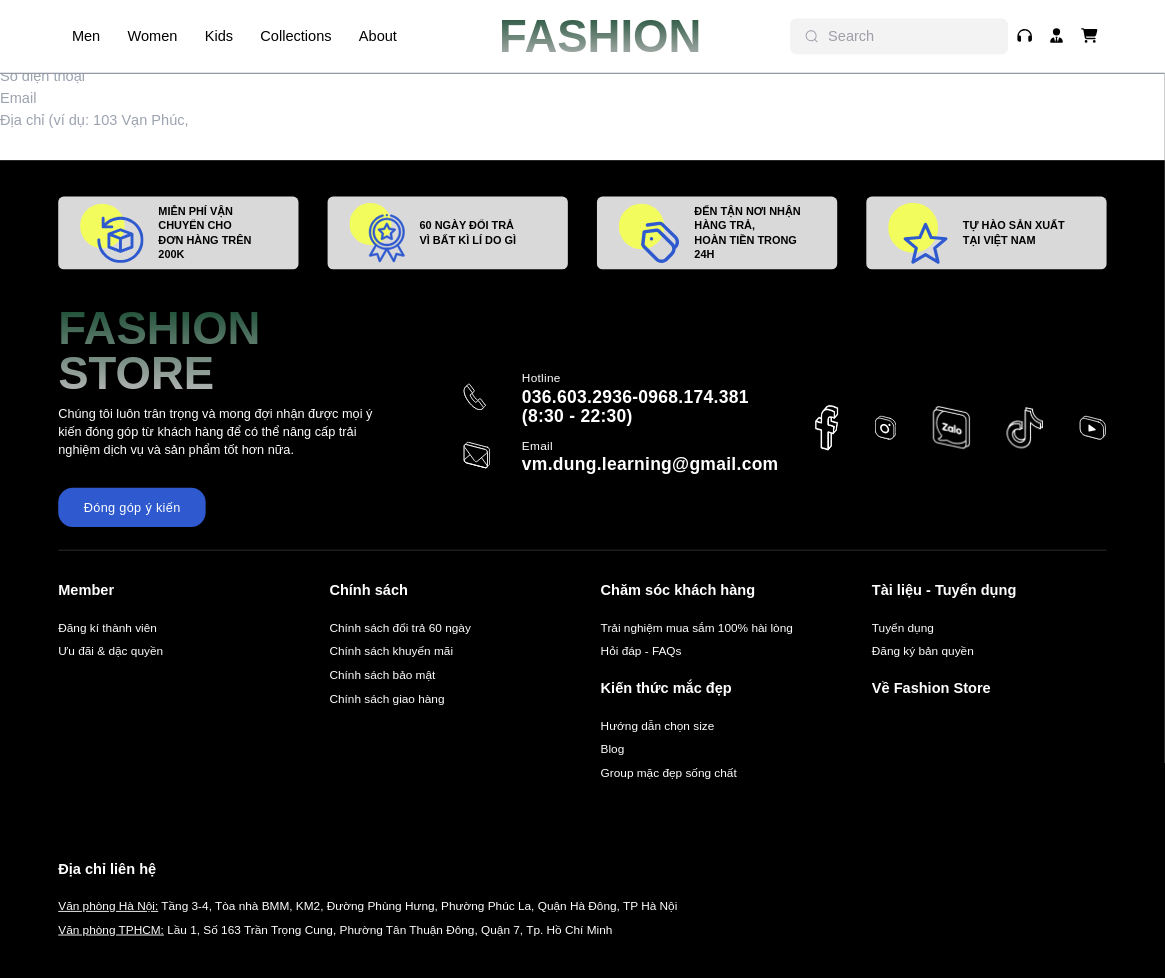
Repository: VuSnow/Software_Engineering
Page: /CartPayment
The author's editor kept a copy of each file at every save. The page is drawn from the files as they stood at one save, then again after the next save.
The browser window is 1280 px wide. The pictures show the whole page, at 91% of full size.
The page's requests for data from a server got no answer. The project was rebuilt for these pictures with package versions that can differ from the ones it lists, and the page was loaded fresh each time. The framework's server and built-in components were replaced by stand-ins that run in the browser. No one was signed in, and anything a server would have sent is missing. Also part of the build but not shown: next.config.js, src/components/cart/CartItem/CartItem.tsx, src/components/cart/Cart.tsx, src/app/Login/page.tsx, src/app/register/page.tsx, src/app/forgorPassword/page.tsx.

Above is the page before, as saved 2023-06-27 13:12:14.

### src/app/layout.tsx
"use client";
import Header from "@/components/header/Header";
import "./globals.css";
import { Inter } from "next/font/google";
import Footer from "@/components/footer/Footer";

const inter = Inter({ subsets: ["latin"] });

export const metadata = {
  title: "Create Next App",
  description: "Generated by create next app",
};
export default function RootLayout({
  children,
}: {
  children: React.ReactNode;
}) {
  return (
    <html lang="en">
      <body>
        <Header />
        {children}
        <Footer />
      </body>
    </html>
  );
}

### src/app/CartPayment/page.tsx
"use client";
import React from "react";
import { useState, useEffect } from "react";
import axios from "axios";
import { type } from "os";

type City = {
  Id: String;
  Name: String;
  Districts: Districts[];
};
type Districts = {
  Id: String;
  Name: String;
  Wards: Wards[];
};

type Wards = {
  Id: String;
  Name: String;
  Level: String;
};

const CartPayment = () => {
  const [cities, setCities] = useState<City[]>([]);
  const [districts, setDistricts] = useState<Districts[]>([]);
  const [wards, setWards] = useState<Wards[]>([]);
  useEffect(() => {
    const fetchData = async () => {
      try {
        const response = await axios.get(
          "https://raw.githubusercontent.com/kenzouno1/DiaGioiHanhChinhVN/master/data.json"
        );
        setCities(response.data);
      } catch (error) {
        console.error("Error fetching data", error);
      }
    };
    fetchData();
  }, []);

  const handleCitiesChange = (e: React.ChangeEvent<HTMLSelectElement>) => {
    const selectedCityId = e.target.value;
    const selectedCity = cities.find((city) => city.Id === selectedCityId);
    const cityDistricts = selectedCity ? selectedCity.Districts : [];
    setDistricts(cityDistricts);
    setWards([]);
  };

  // const handleDistrictChange = (e: React.ChangeEvent<HTMLSelectElement>) => {
  //   const selectedDistrictId = e.target.value;
  //   const selectedCityId = document.getElementById('city').value;
  //   const selectedCity = cities.find((city) => city.Id === selectedCityId);
  //   const selectedDistrict = selectedCity
  //     ? selectedCity.Districts.find((district) => district.Id === selectedDistrictId)
  //     : null;
  //   const districtWards = selectedDistrict ? selectedDistrict.Wards : [];
  //   setWards(districtWards);
  // };
  return (
    <section className="cartPayment">
      <div className="cart-container">
        <div className="contain">
          <div className="cart-left-section">
            <div className="deli-information">
              <div className="cart-title">
                <div className="title">Thông tin vận chuyển</div>
                <div className="action">
                  Bạn đã có tài khoản? <a href="/">Đăng nhập ngay</a>
                </div>
              </div>
              <div className="customer-info">
                <div className="name">
                  <div className="name-input">
                    <input
                      type="text"
                      name="full_name"
                      placeholder="Họ và tên"
                      className="form-control"
                    />
                  </div>
                  <div className="number-input">
                    <input
                      type="tel"
                      name="phone"
                      placeholder="Số điện thoại"
                      className="form-control"
                    />
                  </div>
                </div>
                <div className="email">
                  <input
                    type="email"
                    name="email"
                    placeholder="Email"
                    className="form-control"
                  />
                </div>
                <div className="address">
                  <input
                    type="text"
                    name="address"
                    placeholder="Địa chỉ (ví dụ: 103 Vạn Phúc, phường Vạn Phúc)"
                    className="form-control"
                  />
                </div>
              </div>
            </div>
            <div className="payment-method"></div>
            <div className="payment-button"></div>
          </div>
          <div className="cart-right-section"></div>
        </div>
      </div>
    </section>
  );
};

export default CartPayment;

### src/components/header/Header.tsx
import React, { useState, useEffect, useContext } from "react";
import { FontAwesomeIcon } from "@fortawesome/react-fontawesome";
import {
  faBars,
  faHeadphones,
  faUserTie,
  faCartShopping,
  faXmark,
  faPlus,
  faMinus,
} from "@fortawesome/free-solid-svg-icons";
import Cart from "../cart/Cart";
import Login from "@/app/Login/page";
import Register from "@/app/register/page";
import ForgotPassword from "@/app/forgorPassword/page";
const Header = () => {
  const [showLoginModal, setShowLoginModal] = useState<Boolean>(false);
  const [showRegisterModal, setShowRegisterModal] = useState<Boolean>(false);
  const [showForgotPassword, setShowForgotPassword] = useState<Boolean>(false);
  const [classNav, setClassNav] = useState<String>(
    "opacity-0 invisible -left-full"
  );
  const [showCart, setShowCart] = useState(false);
  const showNav = () => {
    setClassNav("opacity-1 visible left-0");
  };
  const closeNav = () => {
    setClassNav("opacity-0 invisible -left-full");
  };
  return (
    <>
      {showLoginModal ? (
        <Login
          setShowLoginModal={setShowLoginModal}
          setShowRegisterModal={setShowRegisterModal}
          setShowForgotPassword={setShowForgotPassword}
        />
      ) : null}
      {showRegisterModal ? (
        <Register
          setShowRegisterModal={setShowRegisterModal}
          setShowLoginModal={setShowLoginModal}
        />
      ) : null}
      {showForgotPassword ? (
        <ForgotPassword setShowForgotPassword={setShowForgotPassword} />
      ) : null}
      <header className="text-black mb-4 fixed block top-0 left-0 right-0 bg-white w-full border-b border-gray-500 z-[99] px-[5%]">
        <div className="flex tablet: justify-between h-20 items-center mr-auto ml-auto max-w-full">
          <nav className="main-menu">
            <div className="mobile-menu cursor-pointer max-tablet:block hidden">
              <FontAwesomeIcon icon={faBars} size="2xl" onClick={showNav} />
            </div>
            <ul className="menu max-tablet:hidden flex">
              <li className="p-[15px] cursor-pointer">Men</li>
              <li className="p-[15px] cursor-pointer">Women</li>
              <li className="p-[15px] cursor-pointer">Kids</li>
              <li className="p-[15px] cursor-pointer">Collections</li>
              <li className="p-[15px] cursor-pointer">About</li>
            </ul>
            <div
              className={`sub-mobile-menu fixed top-0 right-0 bottom-[45px] bg-white z-[1000] pt-16 pr-4 pb-0 pl-4 ${classNav} overflow-y-auto`}
            >
              <div className="box-action bg-[#343a40] flex items-center justify-center rounded-tl-xl h-12 rounded-br-xl mb-[30px]">
                <a
                  href="#"
                  className="action-login text-white text-center text-[18px]"
                >
                  Đăng nhập
                </a>
              </div>
              <ul className="menu-mb">
                <li className="mb-[30px] pr-2 flex justify-between">
                  <a href="#">Men </a>
                  <span className="arrow">
                    <FontAwesomeIcon icon={faPlus} />
                    <FontAwesomeIcon icon={faMinus} className="hidden" />
                  </span>
                </li>
                <li className="mb-[30px] pr-2 flex justify-between">
                  <a href="#">Women </a>
                  <span className="arrow">
                    <FontAwesomeIcon icon={faPlus} />
                    <FontAwesomeIcon icon={faMinus} className="hidden" />
                  </span>
                </li>
                <li className="mb-[30px] pr-2 flex justify-between">
                  <a href="#">Kids </a>
                  <span className="arrow">
                    <FontAwesomeIcon icon={faPlus} />
                    <FontAwesomeIcon icon={faMinus} className="hidden" />
                  </span>
                </li>
                <li className="mb-[30px] pr-2 flex justify-between">
                  <a href="#">Collections </a>
                  <span className="arrow">
                    <FontAwesomeIcon icon={faPlus} />
                    <FontAwesomeIcon icon={faMinus} className="hidden" />
                  </span>
                </li>
                <li className="mb-[30px] pr-2 flex justify-between">
                  <a href="#">About </a>
                  <span className="arrow">
                    <FontAwesomeIcon icon={faPlus} />
                    <FontAwesomeIcon icon={faMinus} className="hidden" />
                  </span>
                </li>
              </ul>
              <div className="close-menu absolute top-[25px] left-[25px] text-[24px] text-black">
                <FontAwesomeIcon icon={faXmark} onClick={closeNav} />
              </div>
            </div>
          </nav>
          <div className="logo-brand">
            <a
              href="/"
              className="font-bold font-kumbhsan"
              style={{
                fontSize: "50px",
                background: "linear-gradient(to bottom, #194c33, #bbb)",
                WebkitBackgroundClip: "text",
                WebkitTextFillColor: "transparent",
                textTransform: "uppercase",
              }}
            >
              Fashion
            </a>
          </div>
          <div className="right-header flex">
            <form
              action="search"
              name="form-search"
              className="flex leading-7 items-center relative max-w-[240px] max-mobile:hidden"
            >
              <svg
                className="icon absolute left-4 fill-[#9e9ea7] w-4 h-4"
                aria-hidden="true"
                viewBox="0 0 24 24"
              >
                <g>
                  <path d="M21.53 20.47l-3.66-3.66C19.195 15.24 20 13.214 20 11c0-4.97-4.03-9-9-9s-9 4.03-9 9 4.03 9 9 9c2.215 0 4.24-.804 5.808-2.13l3.66 3.66c.147.146.34.22.53.22s.385-.073.53-.22c.295-.293.295-.767.002-1.06zM3.5 11c0-4.135 3.365-7.5 7.5-7.5s7.5 3.365 7.5 7.5-3.365 7.5-7.5 7.5-7.5-3.365-7.5-7.5z"></path>
                </g>
              </svg>
              <input
                type="text"
                placeholder="Search"
                className=" w-full h-[40px] leading-7 p-0 pl-10 pr-4 border-2 border-solid border-transparent rounded-lg outline-none bg-[#f3f3f4] text-[#0d0c22] transition-all placeholder:text-[#9e9ea7] focus:outline-none focus:border-[rgba(234,76,137,0.4)] focus:bg-white focus:shadow-md"
              />
            </form>
            <div className="header-action flex">
              <div className="item wallet m-[10px] max-mobile:hidden cursor-pointer">
                <FontAwesomeIcon icon={faHeadphones} />
              </div>
              <div
                className="item person m-[10px] cursor-pointer"
                onClick={() => setShowLoginModal(!showLoginModal)}
              >
                <FontAwesomeIcon icon={faUserTie} />
              </div>
              <div
                className="item cart m-[10px] cursor-pointer"
                onClick={() => setShowCart(true)}
              >
                <FontAwesomeIcon icon={faCartShopping} />
              </div>
            </div>
          </div>
        </div>
      </header>
      {showCart && <Cart setShowCart={setShowCart} />}
    </>
  );
};

export default Header;

### src/app/globals.css
@tailwind base;
@tailwind components;
@tailwind utilities;

:root {
  --foreground-rgb: 0, 0, 0;
  --background-start-rgb: 214, 219, 220;
  --background-end-rgb: 255, 255, 255;
}

@media (prefers-color-scheme: dark) {
  :root {
    --foreground-rgb: 255, 255, 255;
    --background-start-rgb: 0, 0, 0;
    --background-end-rgb: 0, 0, 0;
  }
}
body {
  display: flex;
  flex-direction: column;
  justify-content: space-between;
  font-family: "Kumbh Sans", sans-serif;
}

### src/components/footer/Footer.tsx
import React from "react";
import logo from "./logo.png";
import Image from "next/image";
import Link from "next/link";
import dmca from "./dmca.png";
import congthuong from "./img-congthuong.png";
import hotlineIcon from "./icon-hotline.svg";
import emailIcon from "./icon-email.svg";
import facebookIcon from "./facebook.webp";
import zaloIcon from "./zalo.webp";
import instaIcon from "./icon-instar.svg";
import youtubeIcon from "./icon-youtube.svg";
import tiktokIcon from "./tiktok.webp";
import HomepageService from "../HomepageService/HomepageService";

const Footer = () => {
  return (
    <footer className="text-white flex justify-center items-center bg-black px-[5%] leading-[160%] mt-8">
      <div className="container-footer w-full">
        <HomepageService />
        <div className="footer-top text-sm">
          <div className="top-sidebar flex justify-between items-center gap-[8%] mb-8 w-full border-b border-[#d9d9d942] desktop:flex-col desktop:items-start">
            <div className="flex-[1]">
              <h4
                className=" font-semibold text-[22px] mb-2 text-[#fff] leading-[100%]"
                style={{
                  fontSize: "50px",
                  background: "linear-gradient(to bottom, #194c33, #bbb)",
                  WebkitBackgroundClip: "text",
                  WebkitTextFillColor: "transparent",
                  textTransform: "uppercase",
                }}
              >
                Fashion Store
              </h4>
              <p className="description font-normal text-left mb-8">
                Chúng tôi luôn trân trọng và mong đợi nhận được mọi ý kiến đóng
                góp từ khách hàng để có thể nâng cấp trải nghiệm dịch vụ và sản
                phẩm tốt hơn nữa.
              </p>
              <Link
                href="#"
                target="_blank"
                className="support-btn inline-flex justify-center items-center h-[43px] bg-[#2f5acf] rounded-2xl py-0 px-7 font-medium tracking-wide mb-[25px] border-0"
              >
                Đóng góp ý kiến
              </Link>
            </div>
            <div className=" flex justify-between w-full flex-[2] items-center max-tablet:flex-col max-tablet:items-start max-tablet:gap-6 max-tablet:mb-8 gap-10">
              <div className="flex-[1]">
                <div className="hotline flex gap-8 items-center w-fit font-medium text-[13px] leading-[160%] tracking-wide mb-3 justify-start">
                  <div className="icon h-8 w-8">
                    <Image src={hotlineIcon} alt="Hotline Icon" />
                  </div>
                  <div className="content">
                    <span>Hotline</span>
                    <p className="description block text-[1.2rem] font-semibold">
                      <Link href="tel: 0366032936">036.603.2936</Link>-
                      <Link href="tel: 0968174381">0968.174.381</Link>
                      <br />
                      <span>(8:30 - 22:30)</span>
                    </p>
                  </div>
                </div>
                <div className="email flex gap-8 items-center font-medium text-[13px] leading-[160%] tracking-wide mb-3 justify-start">
                  <div className="icon h-8 w-8">
                    <Image src={emailIcon} alt="Email Icon" />
                  </div>
                  <div className="content ">
                    <span>Email</span>
                    <p className=" text-[1.2rem] font-semibold">
                      <Link href="mailto: vm.dung.learning@gmail.com">
                        vm.dung.learning@gmail.com
                      </Link>
                    </p>
                  </div>
                </div>
              </div>
              <div className="social mt-0 h-[130px] flex justify-end items-center flex-[1] gap-10">
                <Link
                  href="https://www.facebook.com/dung.vuminh.315080/"
                  className="flex justify-center items-center"
                  target="_blank"
                >
                  <Image
                    src={facebookIcon}
                    alt=""
                    className=" max-h-[100px] w-full min-h-[50px]"
                  />
                </Link>
                <Link
                  href="https://www.instagram.com/v.m.dung.36/"
                  className="flex justify-center items-center"
                  target="_blank"
                >
                  <Image
                    src={instaIcon}
                    alt=""
                    className=" max-h-[100px] w-full min-h-[50px]"
                  />
                </Link>
                <Link
                  href="https://zalo.me/0366032936"
                  className="flex justify-center items-center"
                  target="_blank"
                >
                  <Image
                    src={zaloIcon}
                    alt=""
                    className=" max-h-[100px] w-full min-h-[50px]"
                  />
                </Link>
                <Link
                  href="https://www.instagram.com/v.m.dung.36/"
                  className="flex justify-center items-center"
                  target="_blank"
                >
                  <Image
                    src={tiktokIcon}
                    alt=""
                    className=" max-h-[100px] w-full min-h-[50px]"
                  />
                </Link>
                <Link
                  href="https://www.instagram.com/v.m.dung.36/"
                  className="flex justify-center items-center"
                  target="_blank"
                >
                  <Image
                    src={youtubeIcon}
                    alt=""
                    className=" max-h-[100px] w-full min-h-[50px]"
                  />
                </Link>
              </div>
            </div>
          </div>
          <div className="top-menu"></div>
        </div>
        <div className="footer-bottom">
          <div className="footer-menu flex justify-between flex-wrap gap-10">
            <div className="footer-item flex-[1] text-[13px] leading-[200%] text-[d9d9d9] min-w-[200px] mb-10">
              <h4 className="text-[#fff] font-semibold mb-4 mt-0 text-base">
                Member
              </h4>
              <ul>
                <li>Đăng kí thành viên</li>
                <li>Ưu đãi & dặc quyền</li>
              </ul>
            </div>
            <div className="footer-item flex-[1] text-[13px] leading-[200%] text-[d9d9d9] min-w-[200px] mb-10">
              <h4 className="text-[#fff] font-semibold mb-4 mt-0 text-base">
                Chính sách
              </h4>
              <ul>
                <li>Chính sách đổi trả 60 ngày</li>
                <li>Chính sách khuyến mãi</li>
                <li>Chính sách bảo mật</li>
                <li>Chính sách giao hàng</li>
              </ul>
            </div>
            <div className="footer-item flex-[1] text-[13px] leading-[200%] text-[d9d9d9] min-w-[200px] mb-10">
              <h4 className="text-[#fff] font-semibold mb-4 mt-0 text-base">
                Chăm sóc khách hàng
              </h4>
              <ul>
                <li>Trải nghiệm mua sắm 100% hài lòng</li>
                <li>Hỏi đáp - FAQs</li>
              </ul>
              <h4 className="text-[#fff] font-semibold mb-4 text-base mt-4">
                Kiến thức mắc đẹp
              </h4>
              <ul>
                <li>Hướng dẫn chọn size</li>
                <li>Blog</li>
                <li>Group mặc đẹp sống chất</li>
              </ul>
            </div>
            <div className="footer-item flex-[1] text-[13px] leading-[200%] text-[d9d9d9] min-w-[200px] mb-10">
              <h4 className="text-[#fff] font-semibold mb-4 mt-0 text-base">
                Tài liệu - Tuyển dụng
              </h4>
              <ul>
                <li>Tuyển dụng</li>
                <li>Đăng ký bản quyền</li>
              </ul>
              <h4 className="text-[#fff] font-semibold mb-4 text-base mt-4">
                Về Fashion Store
              </h4>
            </div>
            <div className="footer-item flex-[1] text-[13px] leading-[200%] text-[d9d9d9] min-w-[200px] mb-10">
              <h4 className="text-[#fff] font-semibold mb-4 mt-0 text-base">
                Địa chỉ liên hệ
              </h4>
              <p>
                <u>Văn phòng Hà Nội:</u> Tầng 3-4, Tòa nhà BMM, KM2, Đường Phùng
                Hưng, Phường Phúc La, Quận Hà Đông, TP Hà Nội
              </p>
              <p>
                <u>Văn phòng TPHCM:</u> Lầu 1, Số 163 Trần Trọng Cung, Phường
                Tân Thuận Đông, Quận 7, Tp. Hồ Chí Minh
              </p>
            </div>
          </div>
        </div>
      </div>
    </footer>
  );
};

export default Footer;

Loaded but not shown: tailwind.config.js (39 lines, source omitted); src/components/HomepageService/HomepageService.tsx (143 lines, source omitted)

After the next save:
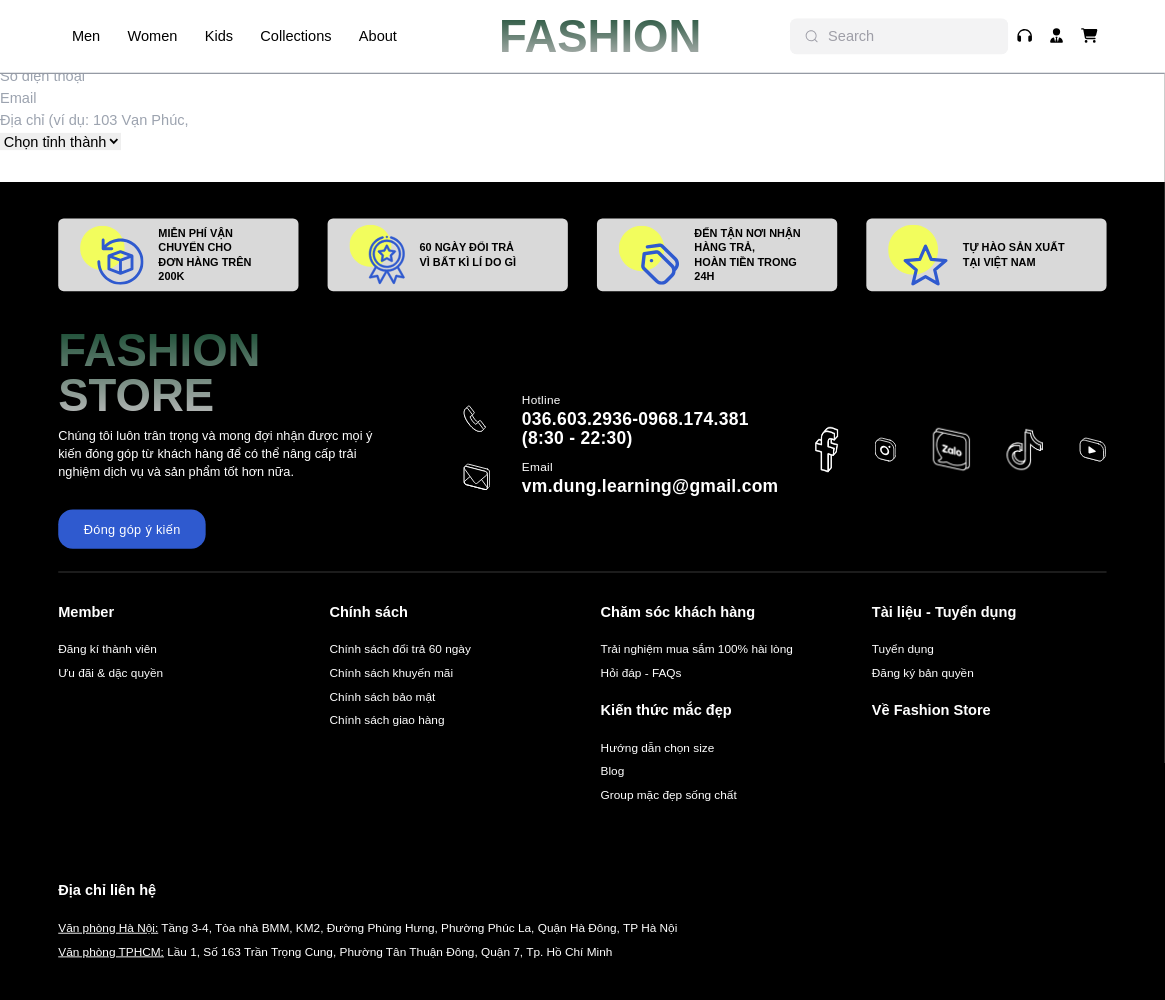
Saved 79 s later.
--- a/src/app/CartPayment/page.tsx
+++ b/src/app/CartPayment/page.tsx
@@ -104,6 +104,18 @@
                     className="form-control"
                   />
                 </div>
+                <div className="select-city">
+                  <select name="" id="city" className="form-select">
+                    <option value="" selected>
+                      Chọn tỉnh thành
+                    </option>
+                    {cities.map((city) => (
+                      <option key={city.Id} value={city.Id}>
+                        {city.Name}
+                      </option>
+                    ))}
+                  </select>
+                </div>
               </div>
             </div>
             <div className="payment-method"></div>
